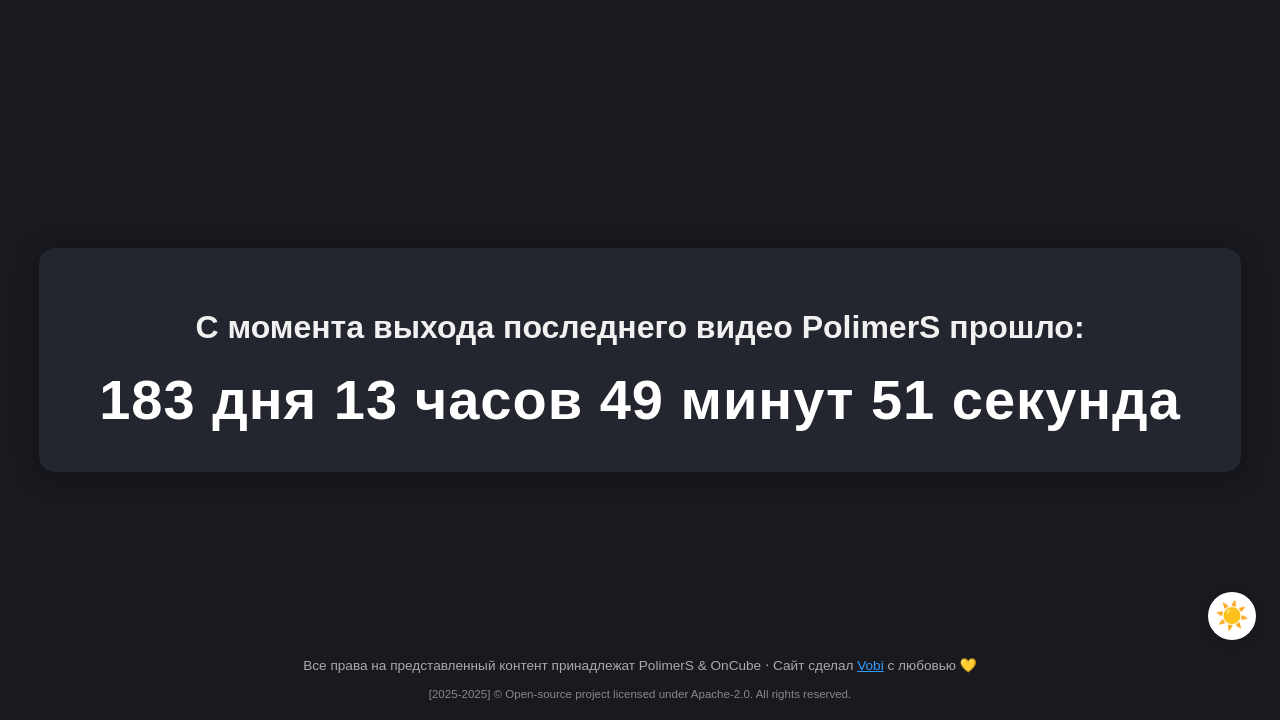
Repository: oncube-dev/OnCube-dev_website
Page: files_for_hosting/clear_html.version/index.html
The author's editor kept a copy of each file at every save. The page is drawn from the files as they stood at one save, then again after the next save.
The browser window is 1280 px wide. The pictures show the whole page.

Above is the page before, as saved 2025-07-18 12:17:25.

After the next save:
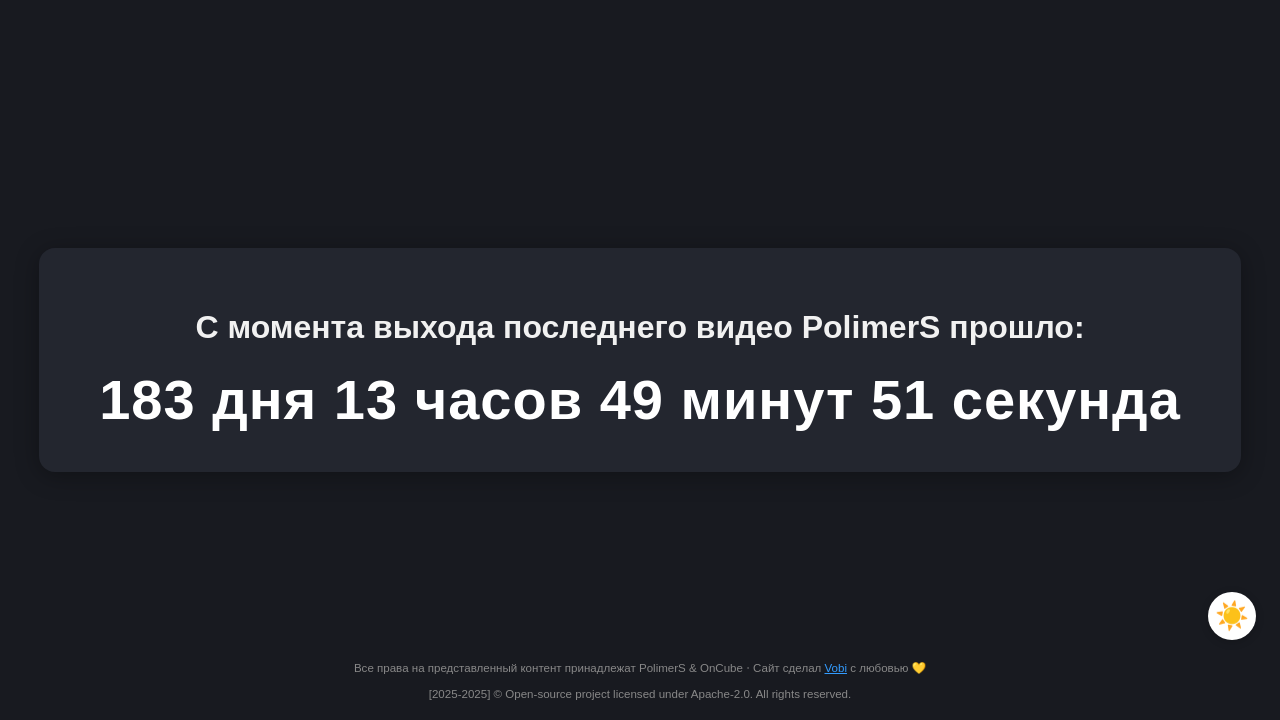
Saved 75 s later.
--- a/files_for_hosting/clear_html.version/index.html
+++ b/files_for_hosting/clear_html.version/index.html
@@ -15,8 +15,10 @@
     </div>
     <button id="theme-toggle" class="theme-toggle-btn" title="Переключить тему">🌙</button>
     <footer class="footer-note">
-        Все права на представленный контент принадлежат PolimerS &amp; OnCube ⋅ Сайт сделал <a href="https://vobi.bio.link/" target="_blank" style="text-decoration:underline;">Vobi</a> с любовью 💛
-        <div style="font-size:0.85em; color:#888; margin-top:15px;">
+        <div style="font-size:0.85em; color:#888; margin-top:13px;">
+            Все права на представленный контент принадлежат PolimerS &amp; OnCube ⋅ Сайт сделал <a href="https://vobi.bio.link/" target="_blank" style="text-decoration:underline;">Vobi</a> с любовью 💛
+        </div>
+        <div style="font-size:0.85em; color:#888; margin-top:13px;">
             [2025-2025] © Open-source project licensed under Apache-2.0. All rights reserved.
         </div>
     </footer>
